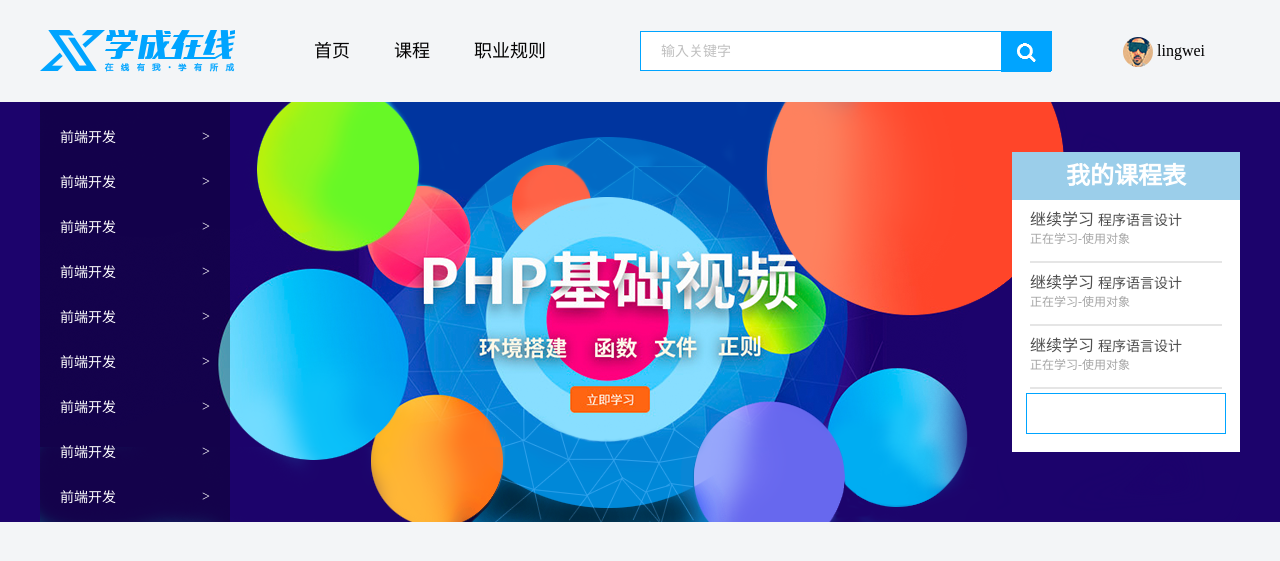
Repository: DengBiHua/xcdx
Page: index.html
These files come from the project's save history. The page is drawn as it stood at one moment and after the next save; the edit follows.
The browser window is 1280 px wide. The pictures show the whole page.

Above is the page before, as saved 2022-04-14 17:44:38.

After the next save:
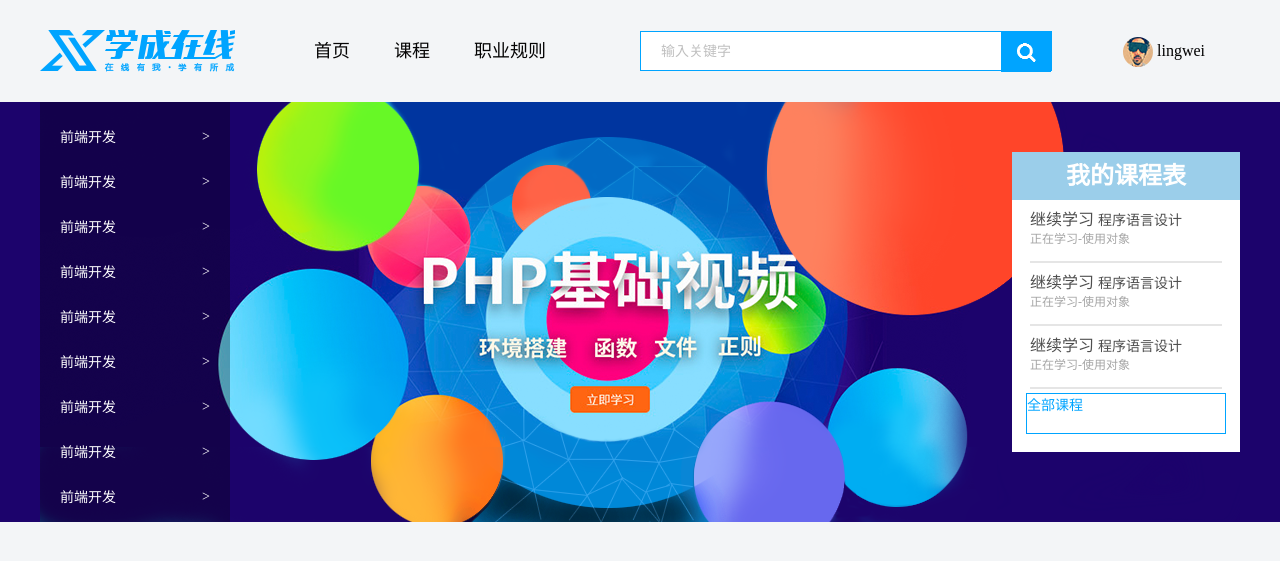
Saved 2 min 48 s later.
--- a/css/index.css
+++ b/css/index.css
@@ -205,4 +205,6 @@
     width: 200px;
     height: 41px;
     border: 1px solid #00a4ff;
-}
+    font: 700 16px;
+    color: #00a4ff;
+}
